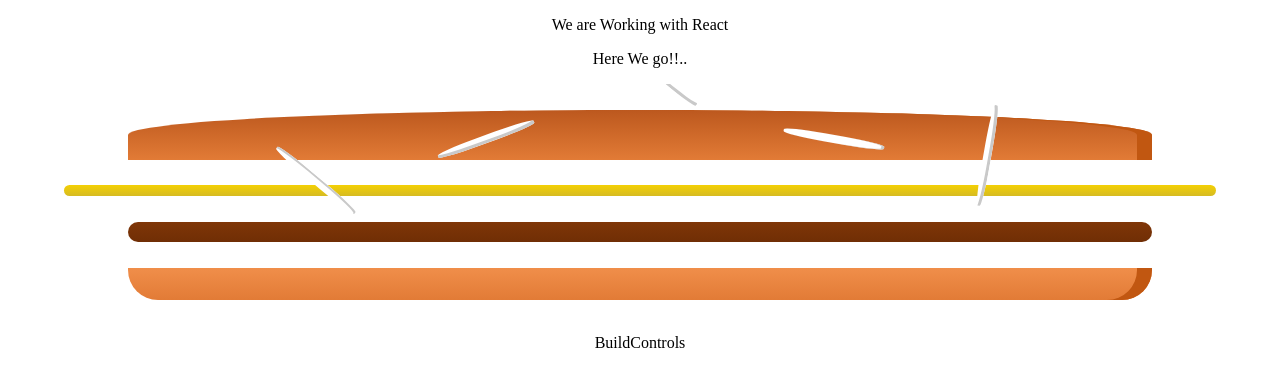
Repository: PiyushRajmsit/React-Burger-Building-App
Page: /
The author's editor kept a copy of each file at every save. The page is drawn from the files as they stood at one save, then again after the next save.
The browser window is 1280 px wide. The pictures show the whole page.
The project was rebuilt for these pictures with package versions that can differ from the ones it lists, and the page was loaded fresh each time.

Above is the page before, as saved 2020-06-07 02:57:56.

After the next save:
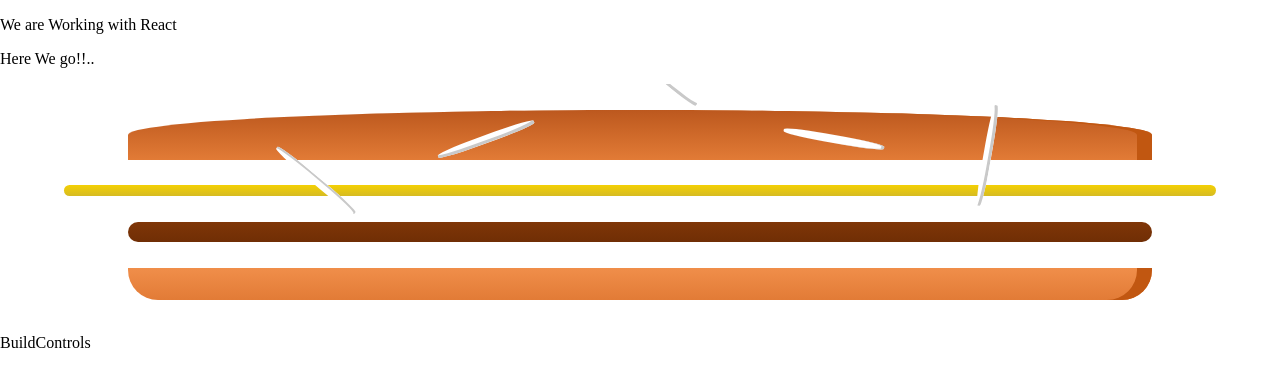
Saved 5 min 48 s later.
--- a/src/App.js
+++ b/src/App.js
@@ -11,7 +11,7 @@ class App extends Component{
 
       <Layout>
 
-        <div className={Styles.App}>
+        <div>
             <p> We are Working with React </p>
             <p> Here We go!!..</p>
             <BurgerBuilder/>
